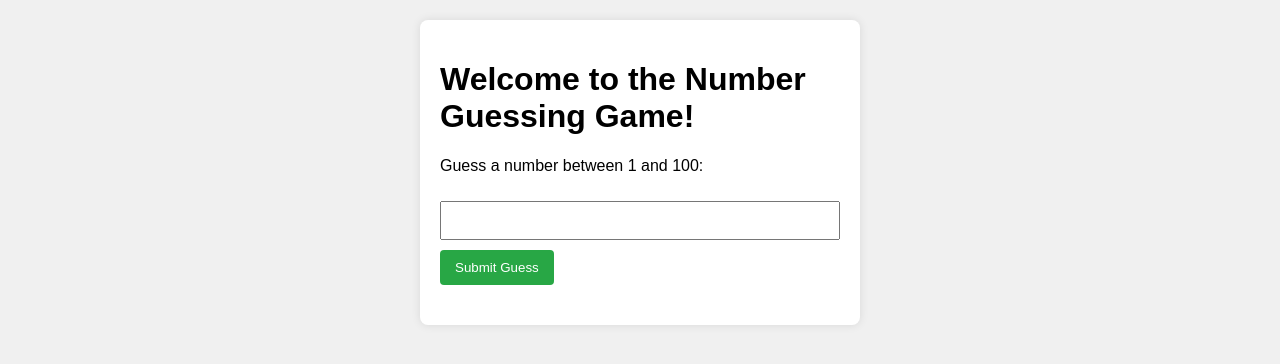
Repository: Rahim-Ullah/hexoforge-bootcamp
Page: phase-2-js-basic/guessing-game.html
An editor plug-in stored every save of this project. The page is shown before and after a run of saves, followed by the edit.
The browser window is 1280 px wide. The pictures show the whole page.

Above is the page before, as saved 2025-09-06 12:35:46.

### phase-2-js-basic/guessing-game.html
<!DOCTYPE html>
<html lang="en">

<head>
    <meta charset="UTF-8">
    <meta name="viewport" content="width=device-width, initial-scale=1.0">
    <title>Number guessing game</title>
    <style>
        body {
            font-family: Arial, sans-serif;
            margin: 20px;
            background-color: #f0f0f0;
            display: flex;
            justify-content: center;
            align-items: center;
        }

        .container {
            max-width: 400px;
            /* margin: auto; */
            padding: 20px;
            background-color: white;
            border-radius: 8px;
            box-shadow: 0 0 10px rgba(0, 0, 0, 0.1);
        }

        input[type="number"] {
            width: 100%;
            padding: 10px;
            margin: 10px 0;
            box-sizing: border-box;
        }

        button {
            padding: 10px 15px;
            background-color: #28a745;
            color: white;
            border: none;
            border-radius: 4px;
            cursor: pointer;
        }

        button:hover {
            background-color: #218838;
        }

        #resultMessage {
            margin-top: 20px;
            font-weight: bold;
        }
    </style>
</head>

<body>
    <div class="container">
        <h1>Welcome to the Number Guessing Game!</h1>
        <p>Guess a number between 1 and 100:</p>
        <input type="number" id="userGuess" min="1" max="100">
        <button id="submitGuess">Submit Guess</button>
        <p id="resultMessage"></p>
    </div>

    <script>
        const randomNumber = Math.floor(Math.random() * 100) + 1;
        const submitGuessButton = document.getElementById('submitGuess');
        const resultMessage = document.getElementById('resultMessage');

        submitGuessButton.addEventListener('click', () => {
            const userGuess = parseInt(document.getElementById('userGuess').value);
            if (userGuess === randomNumber) {
                resultMessage.textContent = 'Congratulations! You guessed the correct number.';
            } else if (userGuess < randomNumber) {
                resultMessage.textContent = 'Too low! Try again.';
            } else {
                resultMessage.textContent = 'Too high! Try again.';
            }
        });
    </script>
</body>

</html>

After the next 5 saves:
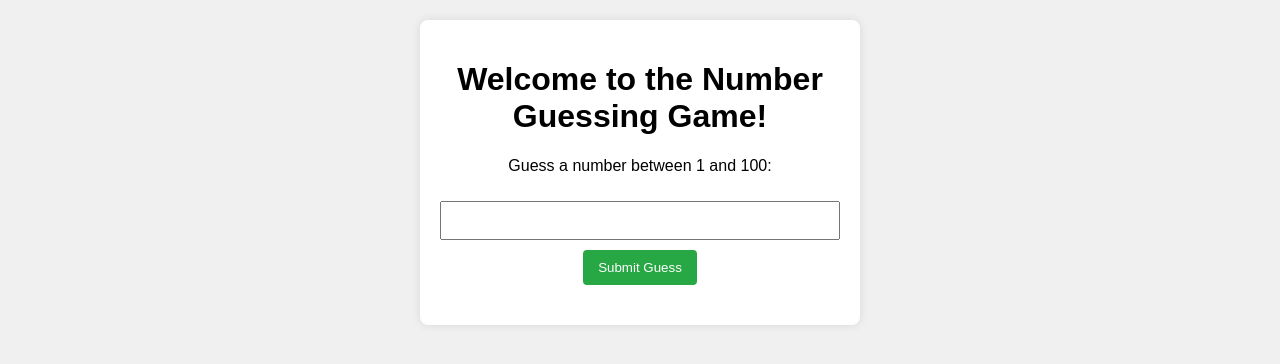
The 5 saves are shown as one change because they came seconds apart.
The last was saved 21 s later.
--- a/phase-2-js-basic/guessing-game.html
+++ b/phase-2-js-basic/guessing-game.html
@@ -18,6 +18,8 @@
         .container {
             max-width: 400px;
             /* margin: auto; */
+            align-items: center;
+            text-align: center;
             padding: 20px;
             background-color: white;
             border-radius: 8px;
